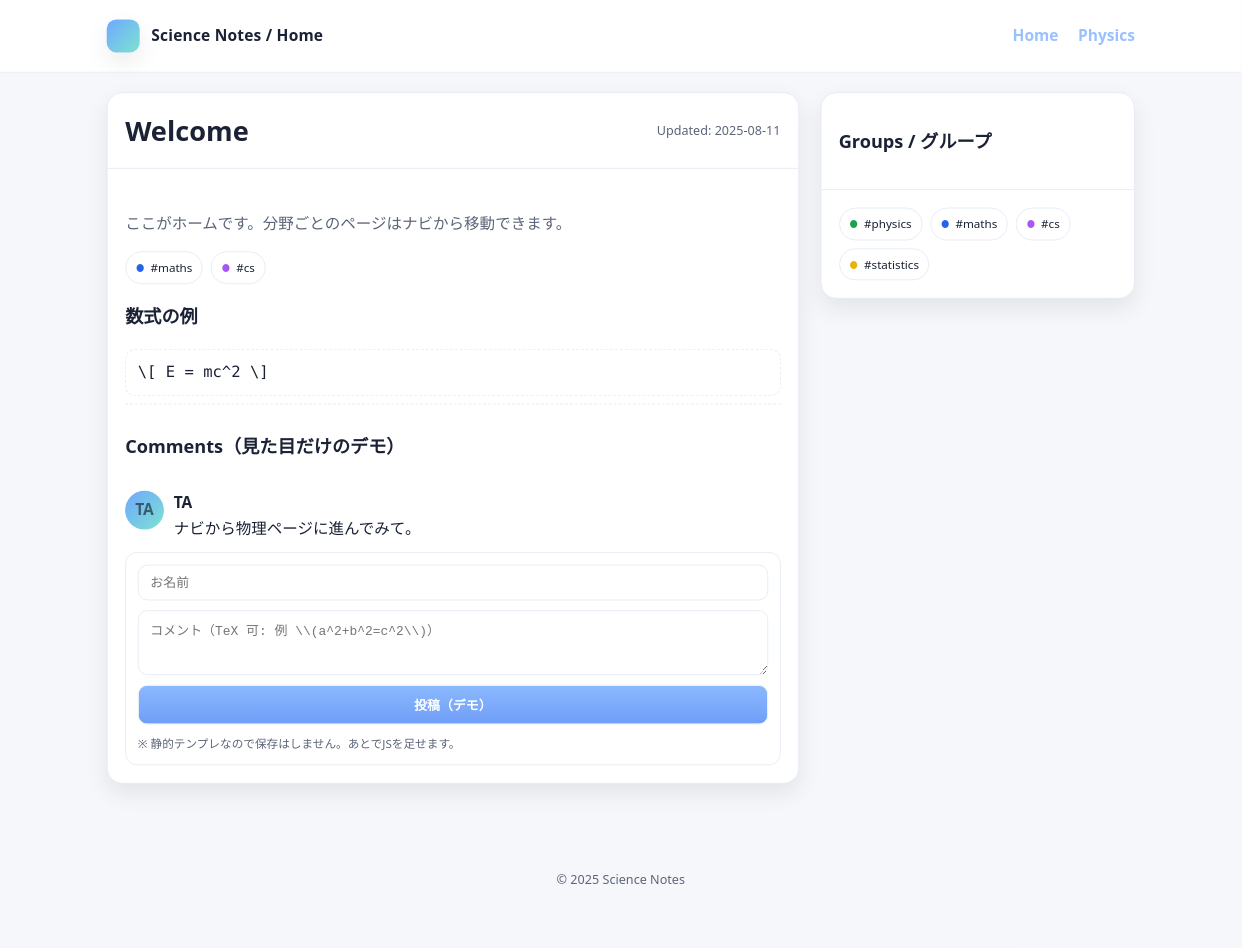
Repository: Riki-Mochimaru/tureduretunedune
Page: index.html
An editor plug-in stored every save of this project. The page is shown before and after a run of saves, followed by the edit.
The browser window is 1280 px wide. The pictures show the whole page, at 97% of full size.

Above is the page before, as saved 2025-08-11 19:40:15.

After the next 2 saves:
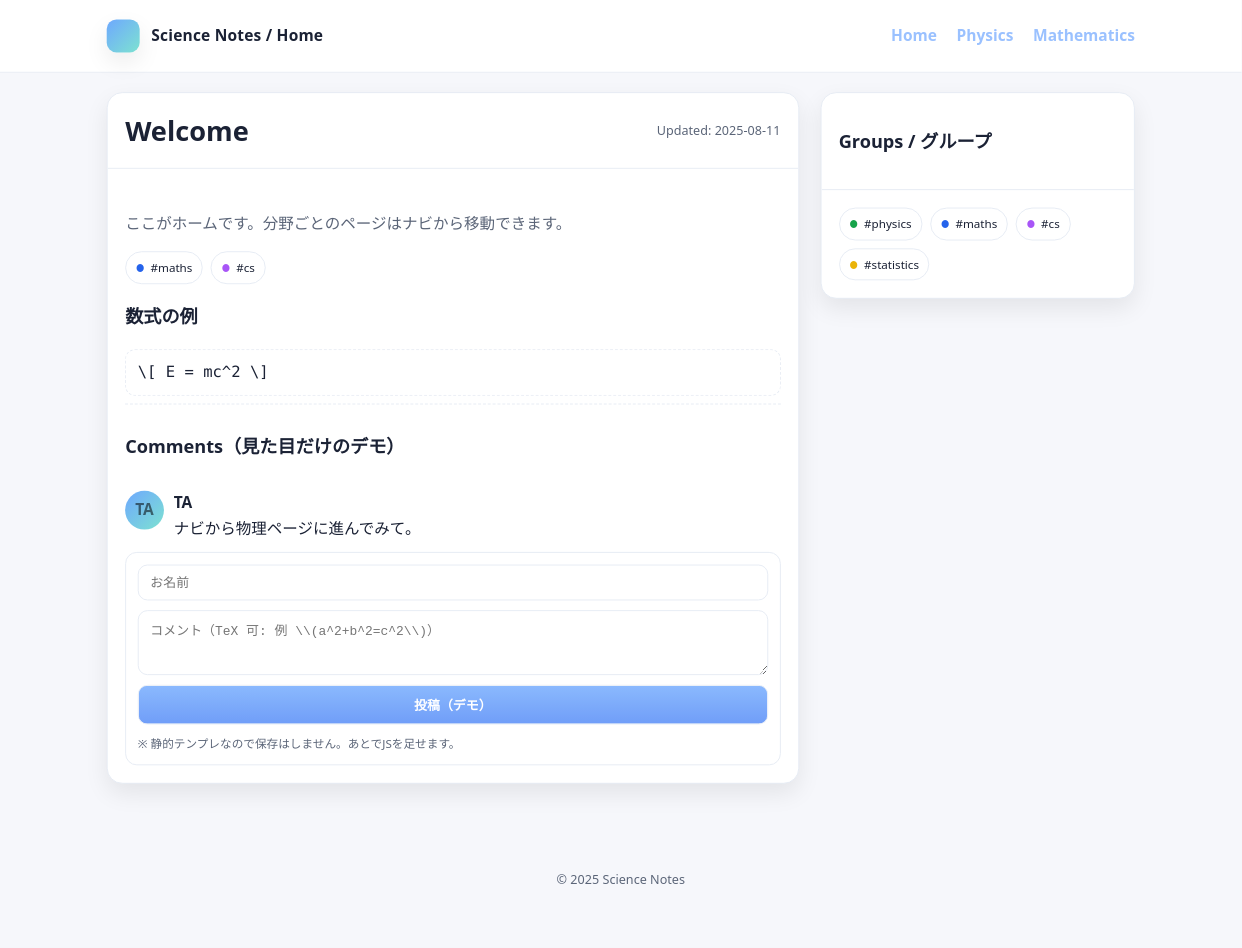
The 2 saves are shown as one change because they came seconds apart.
The last was saved 11 min 7 s later.
--- a/index.html
+++ b/index.html
@@ -13,6 +13,7 @@
       <nav>
         <a href="./">Home</a>
         <a href="physics/">Physics</a>
+        <a href="maths/">Mathematics</a>
       </nav>
     </div>
   </header>
